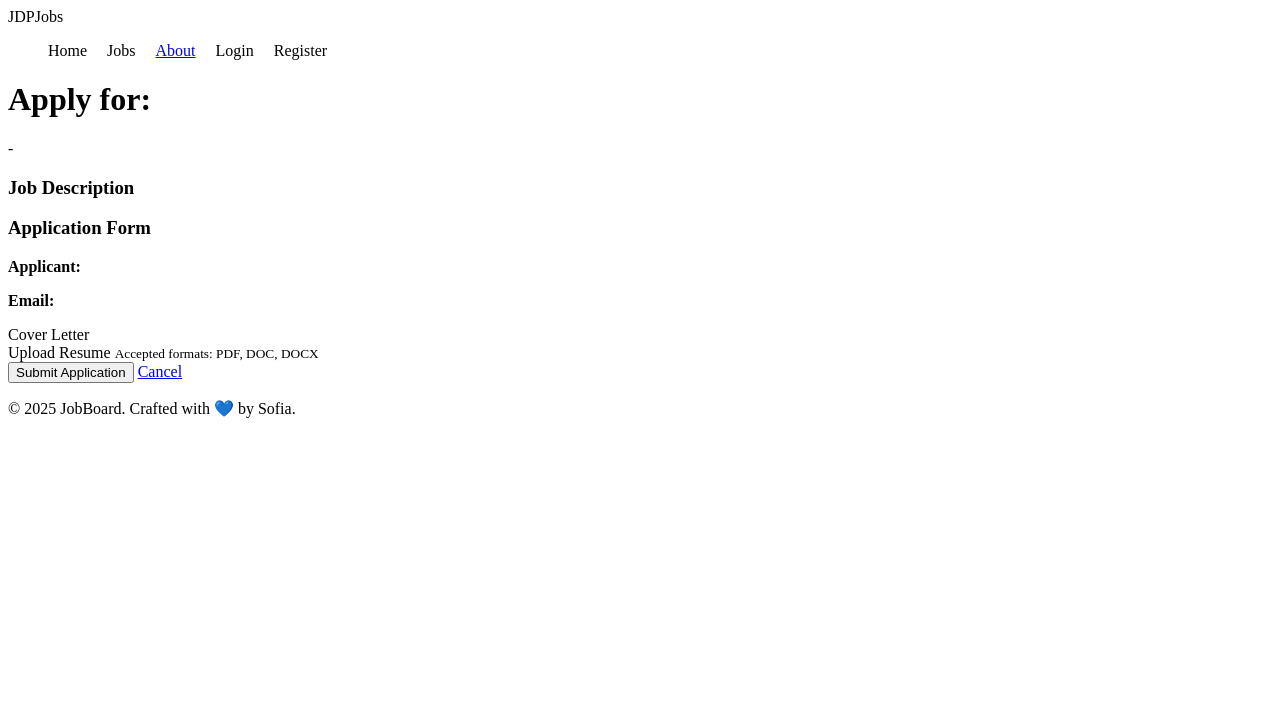
Repository: sofia123776/jobboard
Page: jobs/templates/jobs/apply_job.html
The author's editor kept a copy of each file at every save. The page is drawn from the files as they stood at one save, then again after the next save.
The browser window is 1280 px wide. The pictures show the whole page.
The template is drawn by Django 5.2. The application's start-up code is not run. The template is opened directly, without the code that normally fills it, so the values that code supplies are empty.

Above is the page before, as saved 2025-10-10 13:16:07.

After the next save:
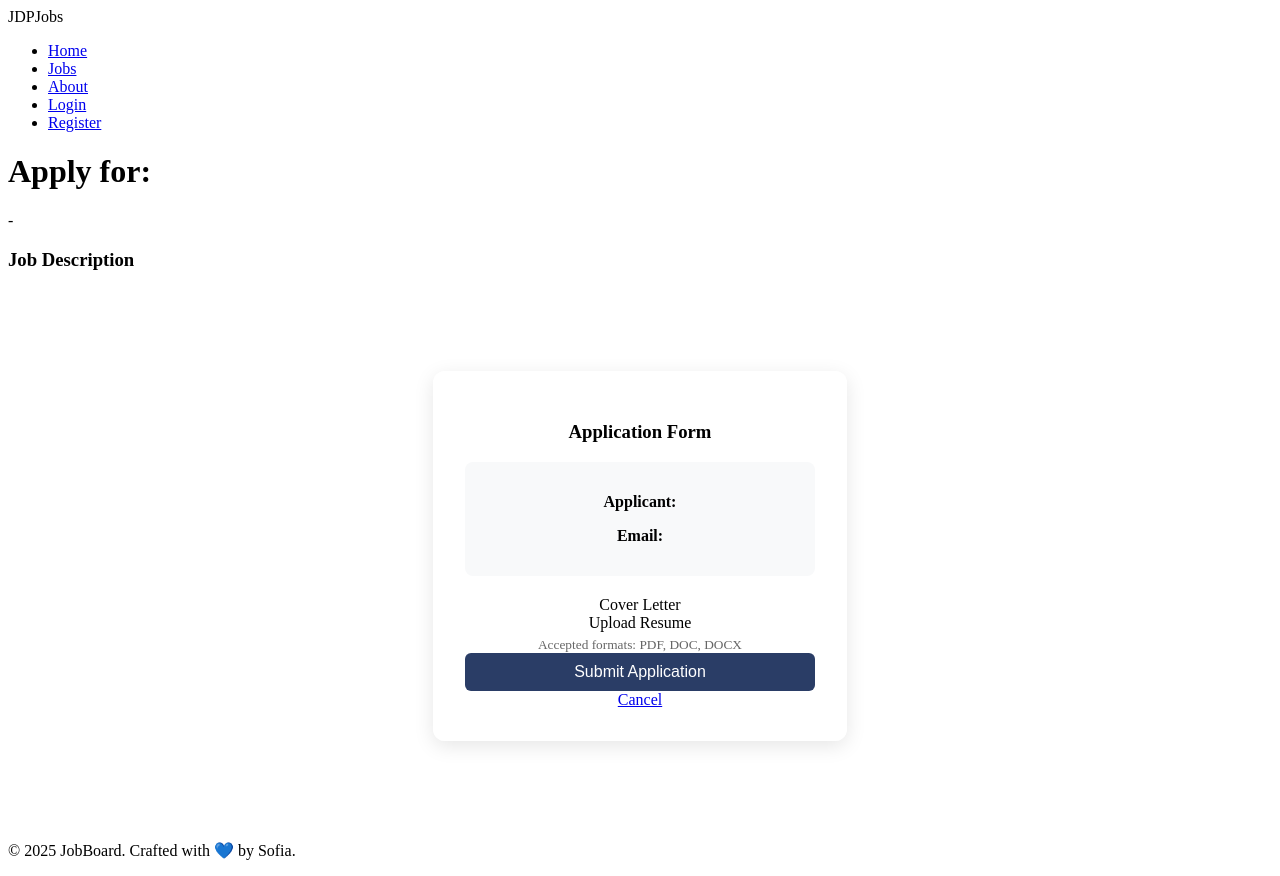
Saved 22 s later.
--- a/jobs/templates/jobs/apply_job.html
+++ b/jobs/templates/jobs/apply_job.html
@@ -11,15 +11,15 @@
   <header class="navbar">
     <div class="logo">JDP<span>Jobs</span></div>
     <nav>
-      <ul style="list-style:none; display:flex; gap:20px; align-items:center; margin-right:50px;">
-        <li><a href="{% url 'home' %}" style="text-decoration:none; color:#000;">Home</a></li>
-        <li><a href="{% url 'job_list' %}" style="text-decoration:none; color:#000;">Jobs</a></li>
+      <ul>
+        <li><a href="{% url 'home' %}">Home</a></li>
+        <li><a href="{% url 'job_list' %}">Jobs</a></li>
         <li><a href="#">About</a></li>
         {% if user.is_authenticated %}
-          <li><a href="{% url 'logout' %}" style="text-decoration:none; color:#000;">Logout</a></li>
+          <li><a href="{% url 'logout' %}">Logout</a></li>
         {% else %}
-          <li><a href="{% url 'login' %}" style="text-decoration:none; color:#000;">Login</a></li>
-          <li><a href="{% url 'register' %}" style="text-decoration:none; color:#000;">Register</a></li>
+          <li><a href="{% url 'login' %}">Login</a></li>
+          <li><a href="{% url 'register' %}">Register</a></li>
         {% endif %}
       </ul>
     </nav>
@@ -35,12 +35,12 @@
         <p>{{ job.description|linebreaks }}</p>
       </div>
 
-      <div class="application-form">
+      <div class="form-container">
         <h3>Application Form</h3>
         <form method="POST" enctype="multipart/form-data" class="application-form">
           {% csrf_token %}
 
-          <div class="applicant-info">
+          <div class="applicant-info" style="background: #f8f9fa; padding: 15px; border-radius: 8px; margin-bottom: 20px;">
             <p><strong>Applicant:</strong> {{ user.get_full_name|default:user.username }}</p>
             <p><strong>Email:</strong> {{ user.email }}</p>
           </div>
@@ -53,12 +53,12 @@
           <div class="form-group">
             <label for="id_resume">Upload Resume</label>
             {{ form.resume }}
-            <small>Accepted formats: PDF, DOC, DOCX</small>
+            <small style="display: block; margin-top: 5px; color: #666;">Accepted formats: PDF, DOC, DOCX</small>
           </div>
 
           <div class="form-actions">
             <button type="submit" class="btn btn-primary">Submit Application</button>
-            <a href="{% url 'job_detail' job.id %}" class="btn btn-outline">Cancel</a>
+            <a href="{% url 'job_detail' job.id %}" class="btn btn-outline-primary">Cancel</a>
           </div>
         </form>
       </div>
